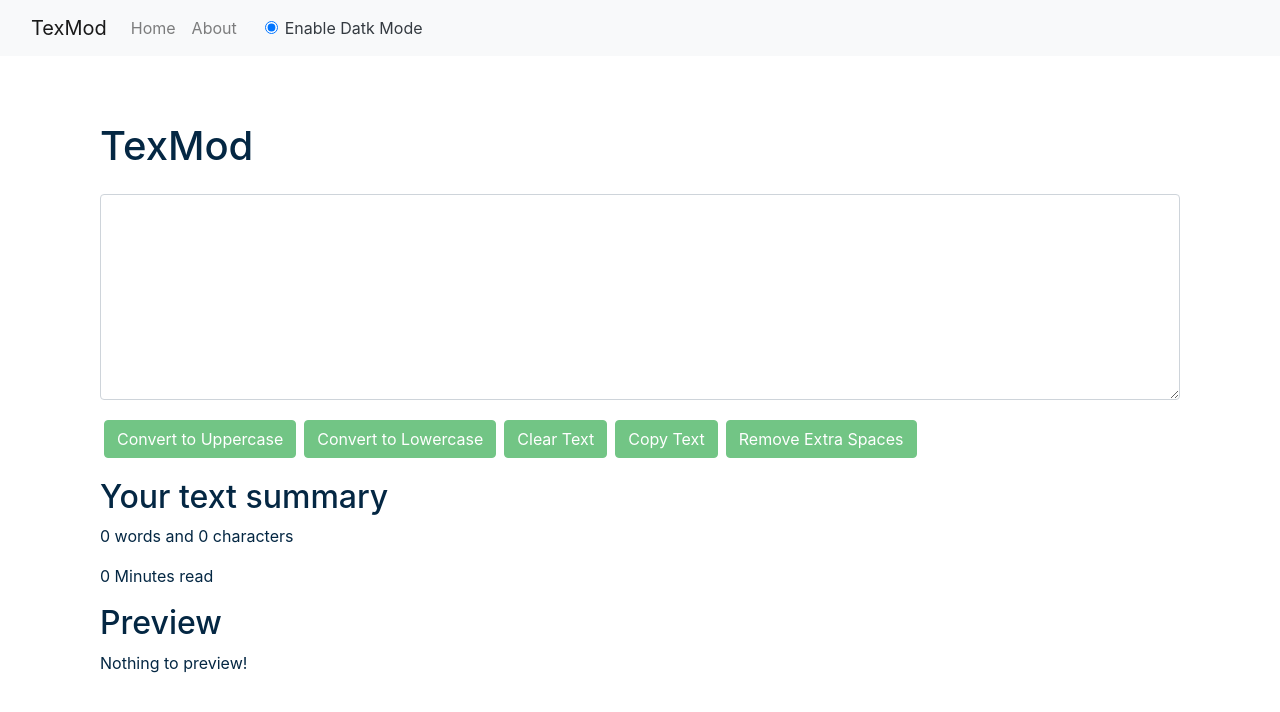
Repository: Ayush-dixit-15/TexMod
Page: /
An editor plug-in stored every save of this project. The page is shown before and after the next save, followed by the edit.
The browser window is 1280 px wide. The pictures show the whole page.
The project was rebuilt for these pictures with package versions that can differ from the ones it lists, and the page was loaded fresh each time. Also part of the build but not shown: src/index.css, src/App.css, src/components/About.js.

Above is the page before, as saved 2022-07-01 20:24:39.

After the next save:
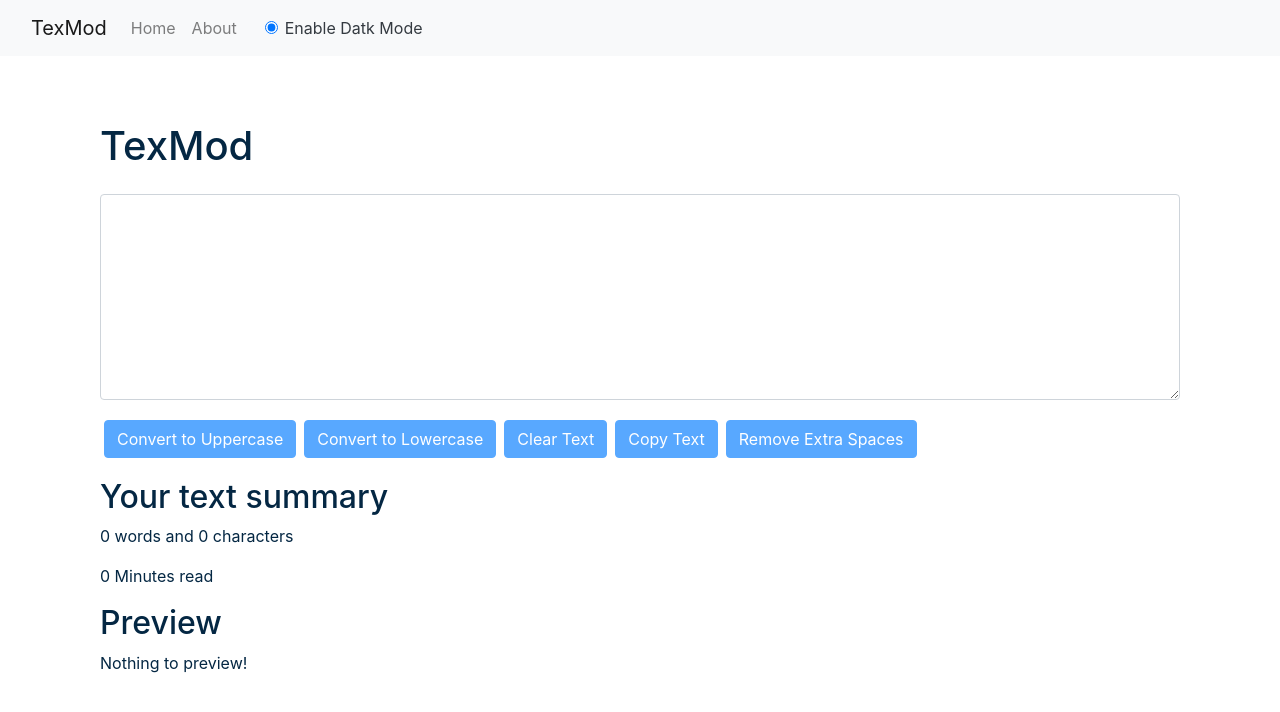
Saved 18 s later.
--- a/src/components/TextForm.js
+++ b/src/components/TextForm.js
@@ -43,11 +43,11 @@ export default function TextForm(props) {
             <div className="mb-3">
             <textarea className="form-control" value={text} onChange={handleOnChange} style={{backgroundColor: props.mode==='dark'?'#13466e':'white', color: props.mode==='dark'?'white':'#042743'}} id="myBox" rows="8"></textarea>
             </div>
-            <button disabled={text.length===0} className="btn btn-success mx-1 my-1" onClick={handleUpClick}>Convert to Uppercase</button>
-            <button disabled={text.length===0} className="btn btn-success mx-1 my-1" onClick={handleLoClick}>Convert to Lowercase</button>
-            <button disabled={text.length===0} className="btn btn-success mx-1 my-1" onClick={handleClearClick}>Clear Text</button>
-            <button disabled={text.length===0} className="btn btn-success mx-1 my-1" onClick={handleCopy}>Copy Text</button>
-            <button disabled={text.length===0} className="btn btn-success mx-1 my-1" onClick={handleExtraSpaces}>Remove Extra Spaces</button>
+            <button disabled={text.length===0} className="btn btn-primary mx-1 my-1" onClick={handleUpClick}>Convert to Uppercase</button>
+            <button disabled={text.length===0} className="btn btn-primary mx-1 my-1" onClick={handleLoClick}>Convert to Lowercase</button>
+            <button disabled={text.length===0} className="btn btn-primary mx-1 my-1" onClick={handleClearClick}>Clear Text</button>
+            <button disabled={text.length===0} className="btn btn-primary mx-1 my-1" onClick={handleCopy}>Copy Text</button>
+            <button disabled={text.length===0} className="btn btn-primary mx-1 my-1" onClick={handleExtraSpaces}>Remove Extra Spaces</button>
         </div>
         <div className="container my-3" style={{color: props.mode==='dark'?'white':'#042743'}}>
             <h2>Your text summary</h2>
